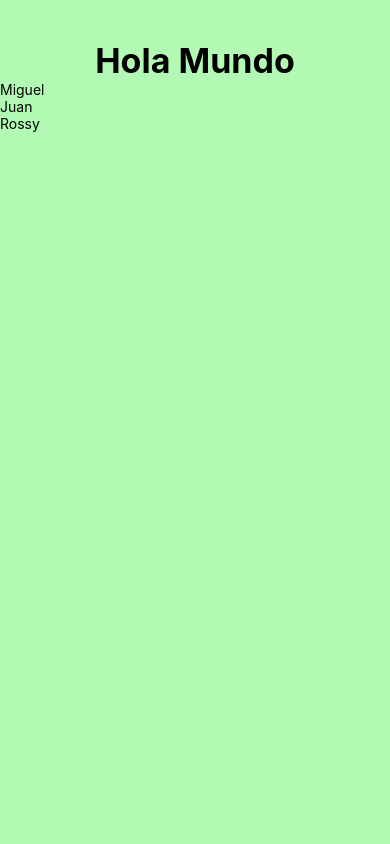
Repository: AleMicky/citas
Screen: /
These files come from the project's save history. The screen is drawn as it stood at one moment and after the next save; the edit follows.
The app was drawn by React Native's web renderer in a window 390 px wide. The project was rebuilt for these pictures with package versions that can differ from the ones it lists, and the page was loaded fresh each time.

Above is the screen before, as saved 2020-06-27 00:04:34.

### App.js
import React from 'react'
import { View, Text, StyleSheet, FlatList } from 'react-native'

export default function App() {

  const [citas, setCitas] = React.useState([
      { id:'1', paciente:'Miguel', propietario:'Alejandro', sitomas: 'Tos' },
      { id:'2', paciente:'Juan', propietario:'Miguel', sitomas: 'No duerme' },
      { id:'3', paciente:'Rossy', propietario:'Camila', sitomas: 'No come' }
  ]);

  return (
    <View style={styles.contenedor}>
        <Text style={styles.titulo}>Hola Mundo</Text>
        <FlatList data = {citas}
                  renderItem = {(citas) => (
                    <View>
                        <Text>{citas.item.paciente}</Text>
                    </View>
                  )}
                  keyExtractor = {citas => citas.id}
          />
    </View>
  )
}

const styles = StyleSheet.create({
  contenedor:{
    flex:1,
    backgroundColor:'#b2fab4'
  },
  titulo:{
    marginTop:40,
    fontSize: 34,
    fontWeight:'bold',
    textAlign:'center'
  }
})

After the next save:
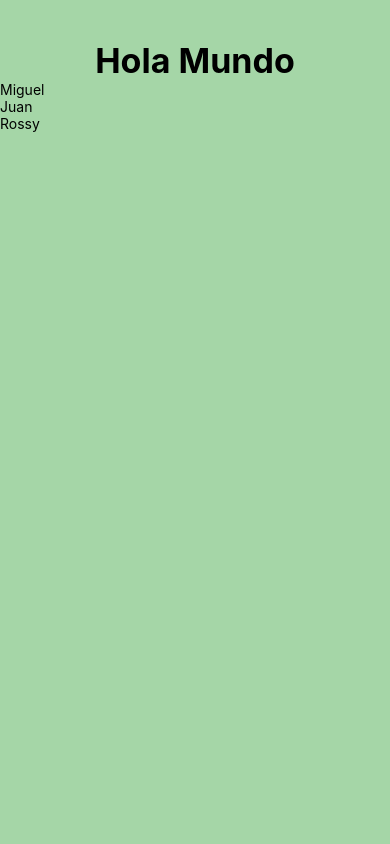
Saved 109 s later.
--- a/App.js
+++ b/App.js
@@ -27,7 +27,7 @@ export default function App() {
 const styles = StyleSheet.create({
   contenedor:{
     flex:1,
-    backgroundColor:'#b2fab4'
+    backgroundColor:'#a5d6a7'
   },
   titulo:{
     marginTop:40,
